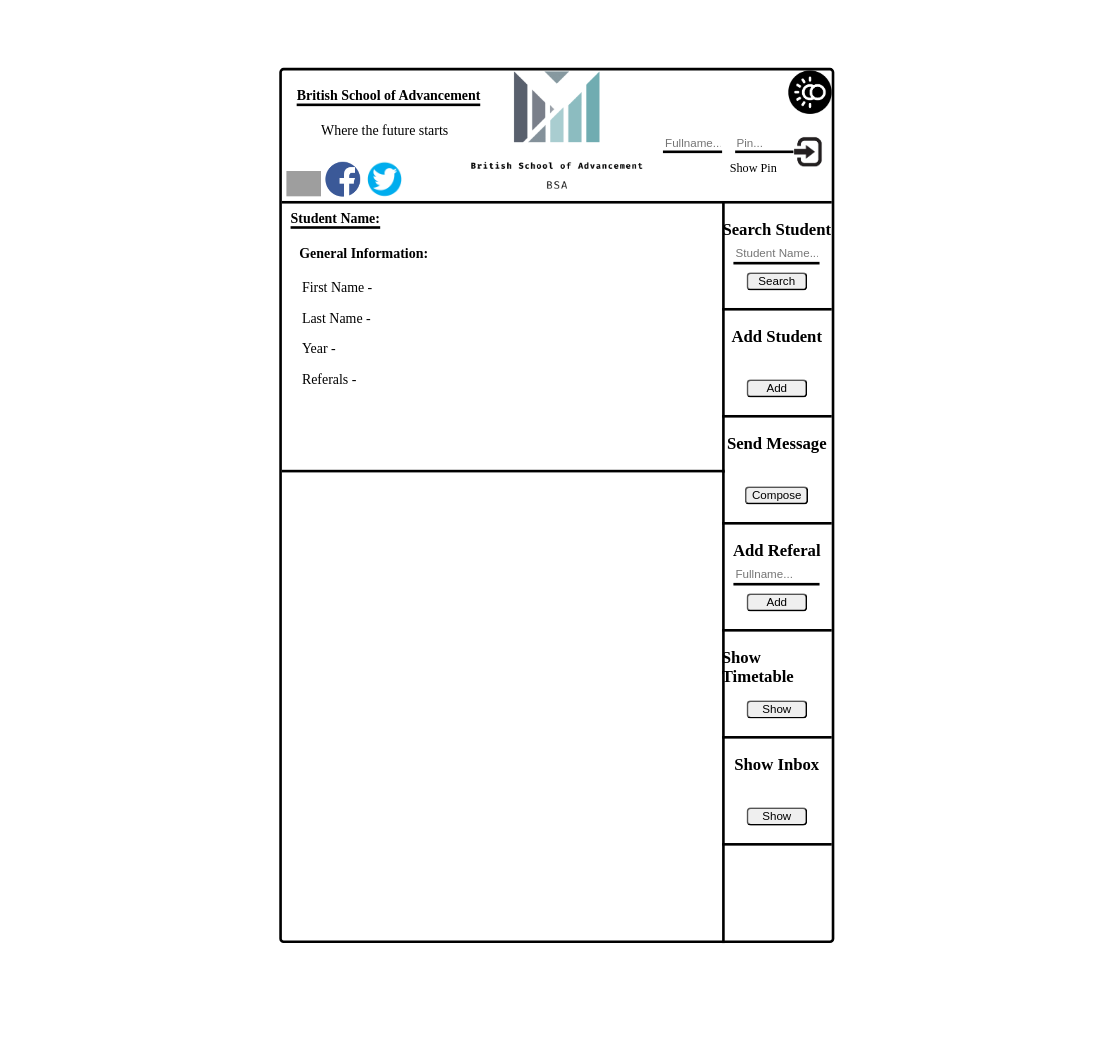
Repository: ghend99/School-app
Page: index.html
These files come from the project's save history. The page is drawn as it stood at one moment and after the next save; the edit follows.
The browser window is 1280 px wide. The pictures show the whole page, at 87% of full size.
Pictures or frames that could not be fetched are drawn as grey boxes.

Above is the page before, as saved 2023-05-02 10:05:13.

### index.html
<!DOCTYPE html>
<html lang="en">
  <head>
    <meta charset="UTF-8" />
    <meta http-equiv="X-UA-Compatible" content="IE=edge" />
    <meta name="viewport" content="width=device-width, initial-scale=1.0" />
    <title>School Application</title>
    <link rel="icon" type="image/x-icon" href="/images/favicon.png" />
    <link rel="stylesheet" href="style.css" />
  </head>
  <body>
    <div id="main-container">
      <!-- Header -->
      <div id="header-container">
        <p class="header-school-name">British School of Advancement</p>
        <p class="header-school-slogan">Where the future starts</p>
        <img
          id="header-socials"
          class="header-linkedin"
          src="images/LinkedIn.png"
        />
        <img
          id="header-socials"
          class="header-facebook"
          src="images/Facebook.png"
        />
        <img
          id="header-socials"
          class="header-twitter"
          src="images/Twitter.png"
        />
        <img class="header-logo" src="images/logo.png" />
        <input
          id="header-login-fullname"
          class="header-login-input login-input-fullname"
          type="text"
          placeholder="Fullname..."
        />
        <input
          id="header-login-pin"
          class="header-login-input login-input-pin"
          type="password"
          placeholder="Pin..."
        />
        <p class="header-show-pin">Show Pin</p>
        <img class="header-login-button" src="images/login-button.png" />
        <img class="header-login-icon" src="images/login.png" />
        <img class="header-dark-mode-toggle" src="images/dark-mode.png" />
        <img class="header-light-mode-toggle" src="images/light-mode.png" />
      </div>

      <!-- Sidebar -->
      <div id="sidebar-container">
        <div id="sidebar-link">
          <p class="sidebar-link-header">Search Student</p>
          <input class="sidebar-link-search" placeholder="Student Name..." />
          <button id="sidebar-link-button" class="search-student-button">
            Search
          </button>
        </div>
        <div id="sidebar-link">
          <p class="sidebar-link-header">Add Student</p>
          <button id="sidebar-link-button" class="create-account-button">
            Add
          </button>
        </div>
        <div id="sidebar-link">
          <p class="sidebar-link-header">Send Message</p>
          <button id="sidebar-link-button" class="compose-message-button">
            Compose
          </button>
        </div>
        <div id="sidebar-link">
          <p class="sidebar-link-header">Add Referal</p>
          <input class="sidebar-add-referal-input" placeholder="Fullname..." />
          <button id="sidebar-link-button" class="add-referal">Add</button>
        </div>
        <div id="sidebar-link">
          <p class="sidebar-link-header">Show Timetable</p>
          <button id="sidebar-link-button" class="show-timetable">Show</button>
        </div>
        <div id="sidebar-link">
          <p class="sidebar-link-header">Show Inbox</p>
          <button id="sidebar-link-button" class="show-inbox">Show</button>
        </div>
        <div id="sidebar-link-timetable">
          <p class="sidebar-link-header">Update Timetable</p>
          <button id="sidebar-link-button" class="update-timetable">
            Show
          </button>
        </div>
      </div>

      <img class="sidebar-open-menu" src="images/menu.png" />
      <img class="sidebar-close-menu" src="images/menu.png" />

      <!-- Student Information Container -->
      <div id="student-information-container">
        <h1 class="student-information-header">Student Name:</h1>
        <h3 class="student-information-general-header">General Information:</h3>
        <p id="student-information" class="student-information-firstname">
          First Name -
        </p>
        <p id="student-information" class="student-information-lastname">
          Last Name -
        </p>
        <p id="student-information" class="student-information-year">Year -</p>
        <p id="student-information" class="student-information-referals">
          Referals -
        </p>
      </div>

      <!-- Student Management Container -->
      <div id="student-management-container">
        <h1 class="student-management-heading"></h1>
        <img class="student-management-close" src="images/Close.png" />
        <div id="timetable-container"></div>
        <div id="inbox-container">
          <div id="inbox-header">
            <p>Date</p>
            <p>Sender</p>
            <p>Reciever</p>
            <p>Subject</p>
            <p>Message</p>
          </div>
          <div id="inbox-line">
            <p></p>
            <p></p>
            <p></p>
            <p></p>
            <p></p>
          </div>
        </div>
      </div>
    </div>

    <!-- Login Container -->
    <div id="login-container">
      <img class="login-close" src="images/Close.png" />
      <h3 class="login-header">Login</h3>
      <input
        id="login-input-fullname"
        class="login-input-fullname"
        type="text"
        placeholder="First Name..."
      />
      <input
        id="login-input-pin"
        class="login-input-pin"
        type="password"
        placeholder="Pin..."
      />
      <p class="login-pin-show">Show</p>
      <button class="login-button-submit">Log In</button>
    </div>

    <div id="create-account-container">
      <img class="create-account-close" src="images/Close.png" />
      <p class="create-account-header">Create Account</p>
      <input
        id="create-account-fullname"
        class="create-account-input"
        type="text"
        placeholder="Fullname..."
      />
      <p id="create-account-error" class="create-account-fullname-error"></p>

      <input
        id="create-account-lastname"
        class="create-account-input"
        type="text"
        placeholder="Lastname..."
      />
      <p id="create-account-error" class="create-account-lastname-error"></p>
      <input
        id="create-account-year"
        class="create-account-input"
        type="number"
        placeholder="Year..."
      />
      <p id="create-account-error" class="create-account-year-error"></p>
      <input
        id="create-account-pin"
        class="create-account-input"
        type="number"
        placeholder="Pin..."
      />
      <p id="create-account-error" class="create-account-pin-error"></p>
      <input
        id="create-account-repin"
        class="create-account-input"
        type="number"
        placeholder="Pin..."
      />
      <p id="create-account-error" class="create-account-repin-error"></p>
      <button class="create-account-submit">Create</button>
    </div>

    <!-- Compose Message Container -->
    <div id="compose-message-container">
      <p class="compose-message-header">Compose Message</p>
      <img class="compose-message-close" src="images/Close.png" />
      <input
        id="compose-message-input-reciever"
        class="compose-message-input"
        type="text"
        placeholder="To..."
      />
      <input
        id="compose-message-input-subject"
        class="compose-message-input"
        type="text"
        placeholder="Subject..."
      />
      <textarea
        class="compose-message-textarea"
        placeholder="Message..."
      ></textarea>
      <button class="compose-message-send">Send</button>
    </div>

    <script src="./js/functions.js"></script>
    <script src="./js/elements.js"></script>
    <script src="./js/buttons.js"></script>
    <script src="./js/message.js"></script>
    <script src="./js/resetfunctions.js"></script>

    <script src="./js/timetable.js"></script>
  </body>
</html>

Loaded but not shown: js/functions.js (237 lines, source omitted); js/timetable.js (290 lines, source omitted); js/elements.js (122 lines, source omitted); js/buttons.js (125 lines, source omitted); js/resetfunctions.js (82 lines, source omitted); js/message.js (38 lines, source omitted); style.css (753 lines, source omitted)

After the next save:
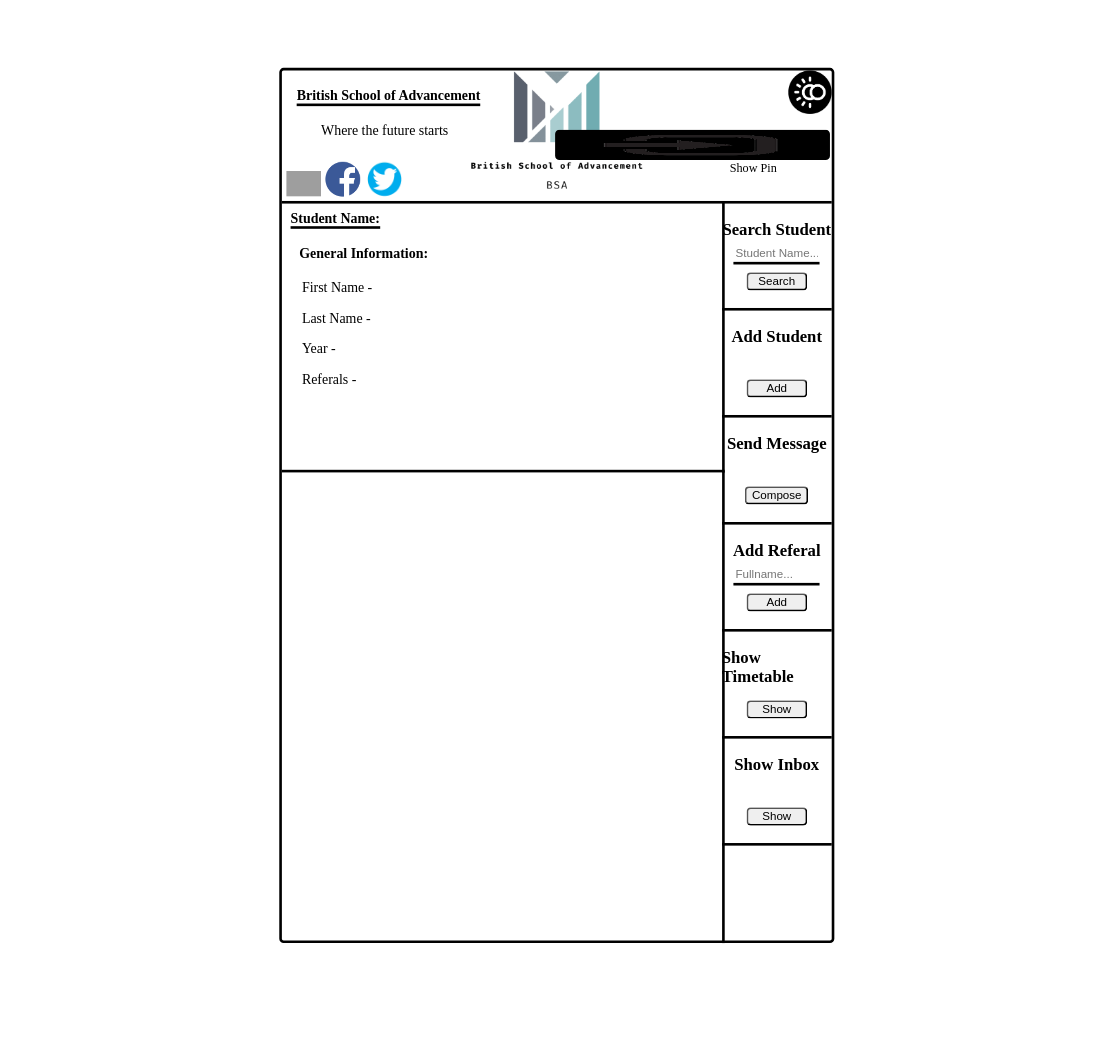
Saved 75 s later.
--- a/index.html
+++ b/index.html
@@ -43,7 +43,10 @@
           placeholder="Pin..."
         />
         <p class="header-show-pin">Show Pin</p>
-        <img class="header-login-button" src="images/login-button.png" />
+        <img
+          class="header-login-button login-button-submit"
+          src="images/login-button.png"
+        />
         <img class="header-login-icon" src="images/login.png" />
         <img class="header-dark-mode-toggle" src="images/dark-mode.png" />
         <img class="header-light-mode-toggle" src="images/light-mode.png" />

After the save that followed:
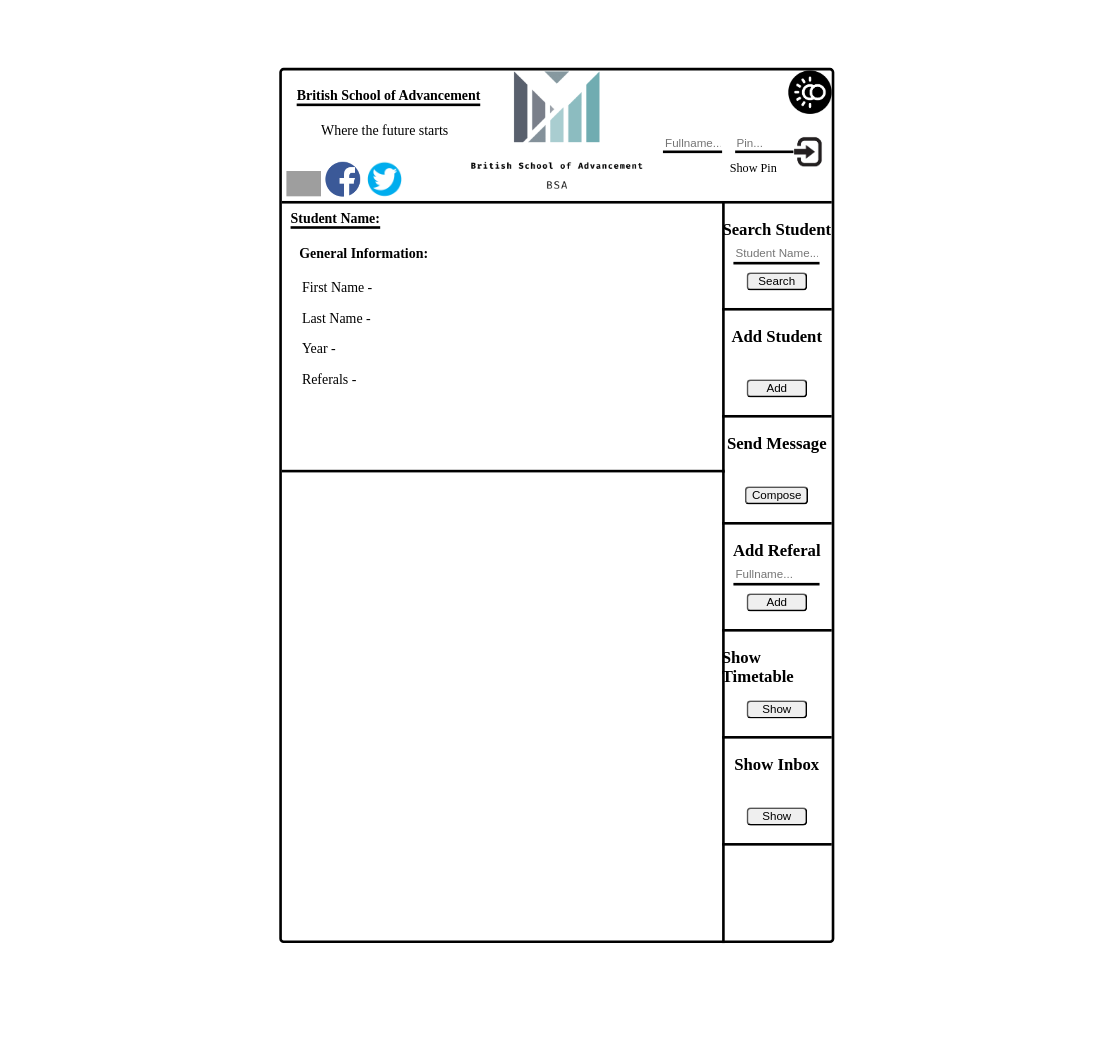
Saved 31 s later.
--- a/index.html
+++ b/index.html
@@ -43,10 +43,7 @@
           placeholder="Pin..."
         />
         <p class="header-show-pin">Show Pin</p>
-        <img
-          class="header-login-button login-button-submit"
-          src="images/login-button.png"
-        />
+        <img class="header-login-button" src="images/login-button.png" />
         <img class="header-login-icon" src="images/login.png" />
         <img class="header-dark-mode-toggle" src="images/dark-mode.png" />
         <img class="header-light-mode-toggle" src="images/light-mode.png" />
